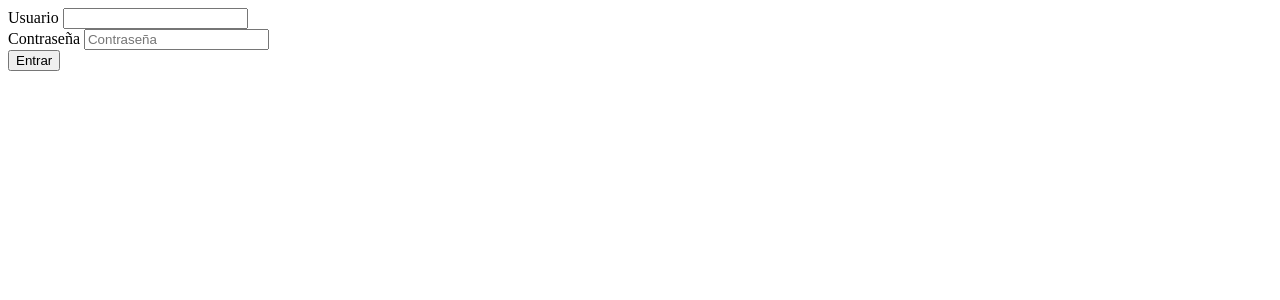
Repository: oskiman18/TP-Final
Page: http://localhost/Tp_integrador_grupo_2/login.jsp
The author's editor kept a copy of each file at every save. The page is drawn from the files as they stood at one save, then again after the next save.
The browser window is 1280 px wide. The pictures show the whole page.
The page is served by Tomcat 9.

Above is the page before, as saved 2021-06-23 16:04:08.

### Tp_integrador_grupo_2/src/main/webapp/login.jsp
<%@ page language="java" contentType="text/html; charset=ISO-8859-1"
    pageEncoding="ISO-8859-1"%>
<!DOCTYPE html>
<html>
<head>
<meta charset="ISO-8859-1">
<title> Login </title>
</head>

	<body>
		<form>
			<div>
				<label for='usuario'>Usuario</label>
				<input name='usuario' 'placeholder='usuario'>
			</div>

			<div>
				<label for='pass'> Contraseña </label>
				<input name='pass' type='password' placeholder='Contraseña'>
			</div>

			<input type='submit' value='Entrar'>
		</form>
	</body>

</html>

After the next save:
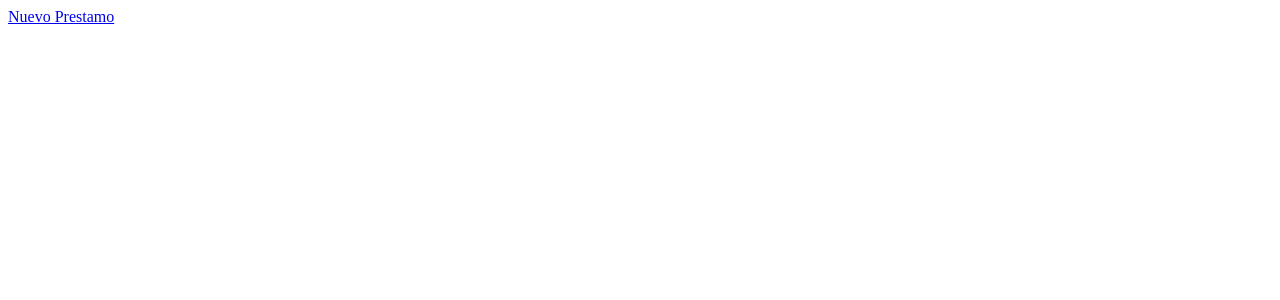
Saved 3 min 39 s later.
--- a/Tp_integrador_grupo_2/src/main/webapp/login.jsp
+++ b/Tp_integrador_grupo_2/src/main/webapp/login.jsp
@@ -8,19 +8,7 @@
 </head>
 
 	<body>
-		<form>
-			<div>
-				<label for='usuario'>Usuario</label>
-				<input name='usuario' 'placeholder='usuario'>
-			</div>
-
-			<div>
-				<label for='pass'> Contraseña </label>
-				<input name='pass' type='password' placeholder='Contraseña'>
-			</div>
-
-			<input type='submit' value='Entrar'>
-		</form>
+		<a href='pedir_prestamo.jsp'> Nuevo Prestamo</a>
 	</body>
 
 </html>

After the save that followed:
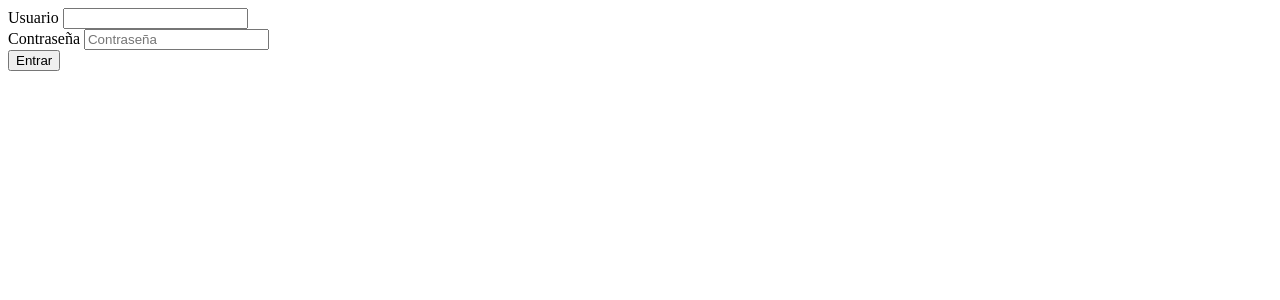
Saved 20 s later.
--- a/Tp_integrador_grupo_2/src/main/webapp/login.jsp
+++ b/Tp_integrador_grupo_2/src/main/webapp/login.jsp
@@ -4,11 +4,21 @@
 <html>
 <head>
 <meta charset="ISO-8859-1">
-<title> Login </title>
+<title>Insert title here</title>
 </head>
+<body>
+	<form>
+		<div>
+			<label for='usuario'>Usuario</label>
+			<input name='usuario' 'placeholder='usuario'>
+		</div>
 
-	<body>
-		<a href='pedir_prestamo.jsp'> Nuevo Prestamo</a>
-	</body>
+		<div>
+			<label for='pass'> Contraseña </label>
+			<input name='pass' type='password' placeholder='Contraseña'>
+		</div>
 
+		<input type='submit' value='Entrar'>
+	</form>
+</body>
 </html>
